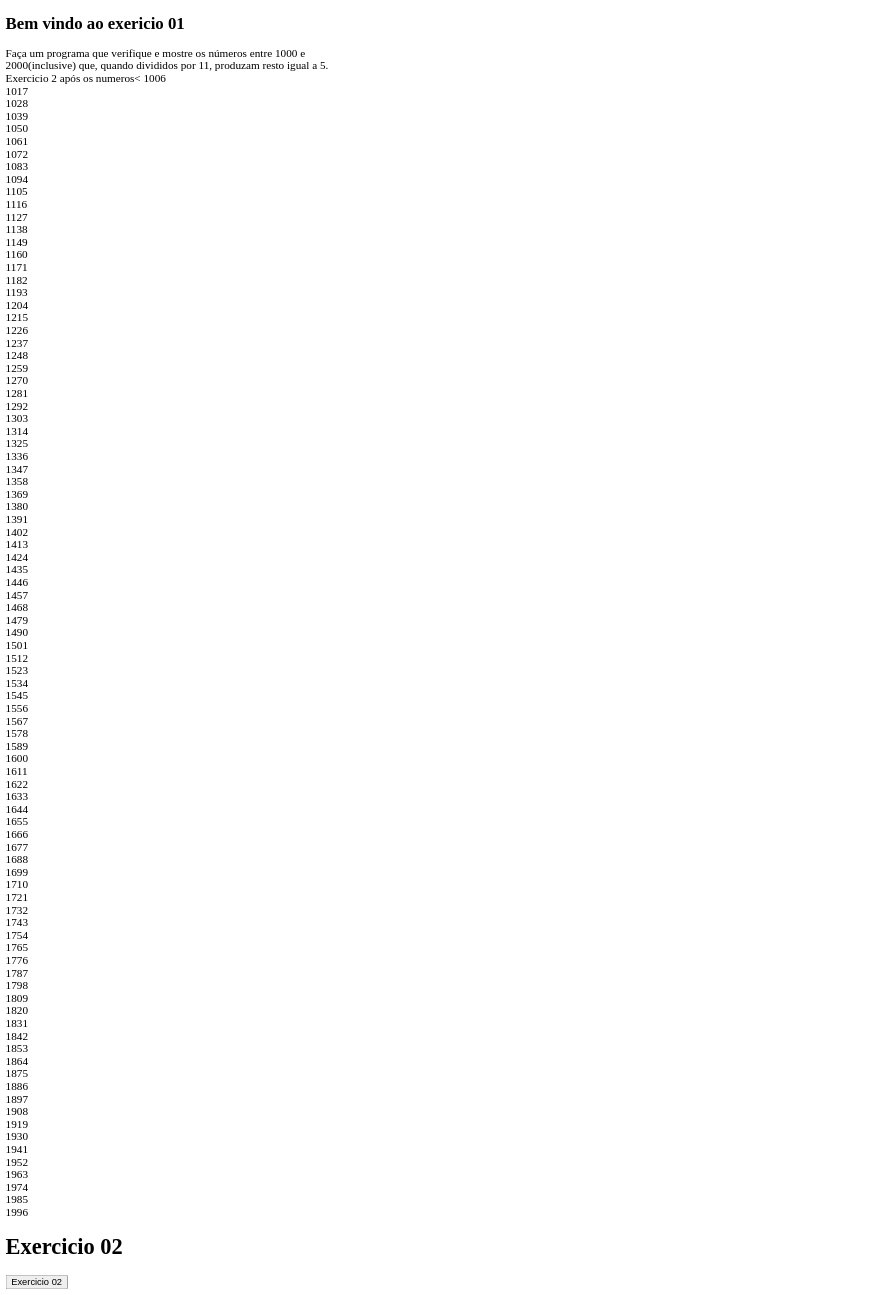
Repository: Fabio2000/Faculdade-Projetos
Page: http://localhost/exercicios/Index.jsp
The author's editor kept a copy of each file at every save. The page is drawn from the files as they stood at one save, then again after the next save.
The browser window is 1280 px wide. The pictures show the whole page, at 70% of full size.
The page is served by Tomcat 9. Other server files are loaded and not shown.

Above is the page before, as saved 2022-09-11 02:37:50.

### exercicios/src/main/webapp/Index.jsp
<%@ page language="java" contentType="text/html; charset=ISO-8859-1"
    pageEncoding="ISO-8859-1"%>
<!DOCTYPE html>
<html>
<head>
<meta charset="ISO-8859-1">
<title>Exericio1</title>
</head>
<body>
<div >
<h2><%String mensage = "Bem vindo ao exericio 01";
	out.println(mensage);
	%></h2>
	<p>
	Faça um programa que verifique e mostre os números entre 1000 e<br/>2000(inclusive) que, quando divididos por 11, produzam resto igual a 5.
	<br/>
	Exercicio 2 após os numeros<
	<%
	for(int i=1000;i<2000;i++) {
	    if (i%11==5)
	    {

	    	out.println(i + "<br />");

	    }
	}

	%></p>
</div>
<div>
<h1>Exercicio 02</h1>
<form action="Exe02.jsp">
<input type="submit" Value="Exercicio 02"/>
</form>
</div>
</body>
</html>

After the next save:
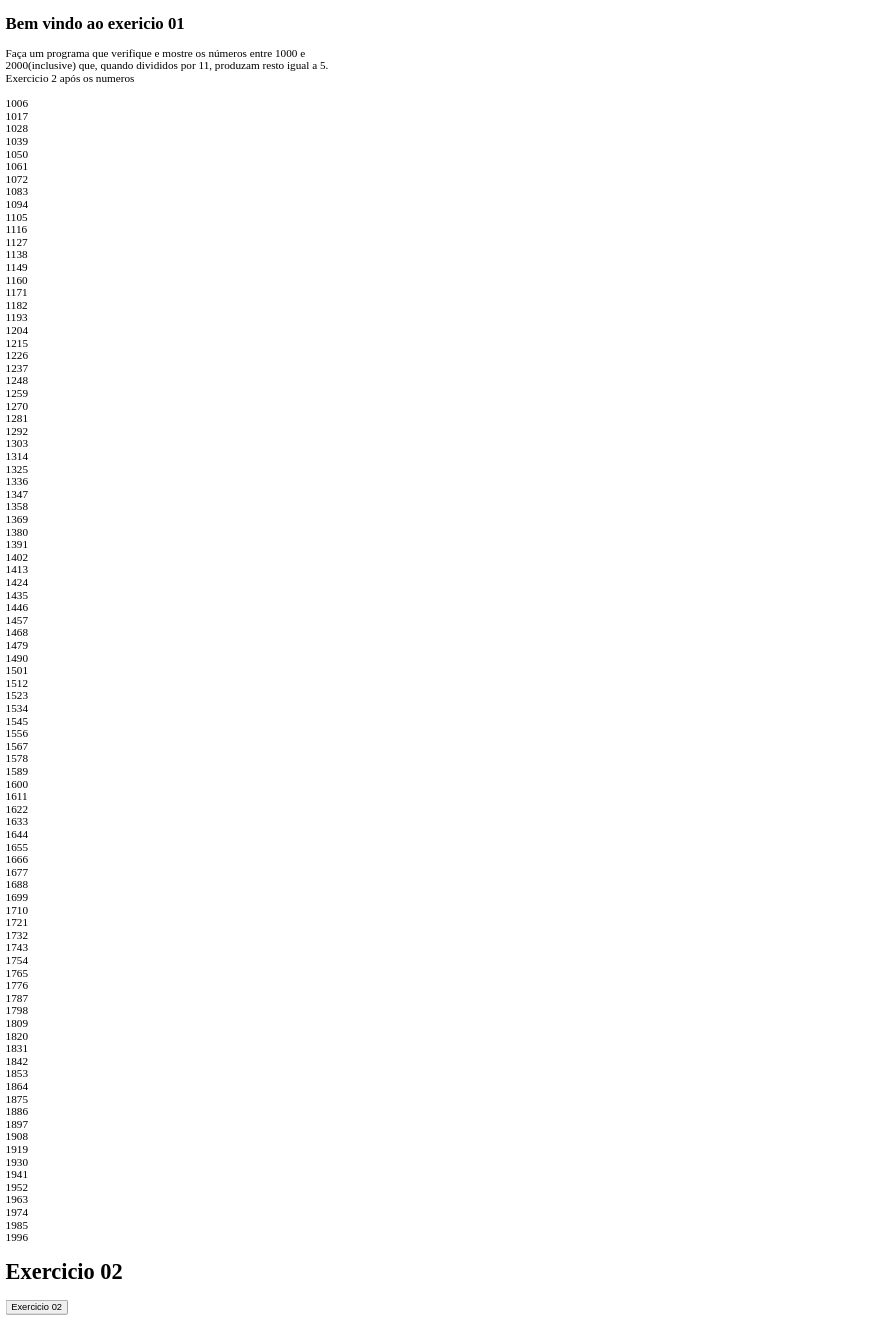
Saved 4 s later.
--- a/exercicios/src/main/webapp/Index.jsp
+++ b/exercicios/src/main/webapp/Index.jsp
@@ -14,7 +14,7 @@
 	<p>
 	Faça um programa que verifique e mostre os números entre 1000 e<br/>2000(inclusive) que, quando divididos por 11, produzam resto igual a 5.
 	<br/>
-	Exercicio 2 após os numeros<
+	Exercicio 2 após os numeros<br/><br/>
 	<%
 	for(int i=1000;i<2000;i++) {
 	    if (i%11==5)
